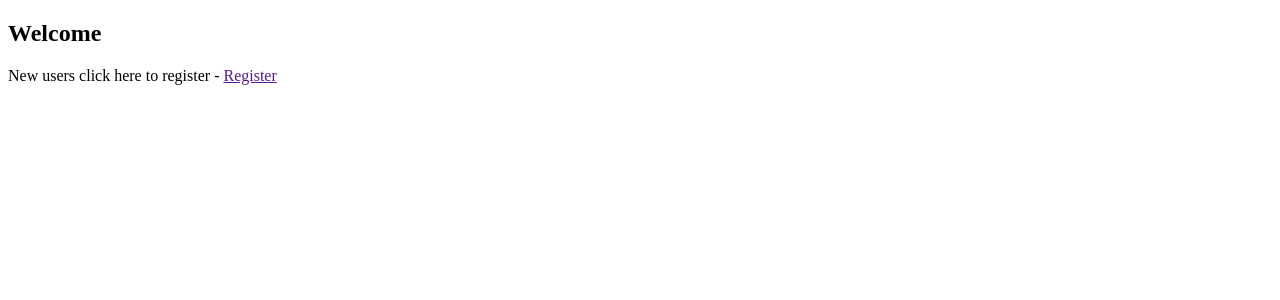
Repository: tanaya13693/EndToEndSpringJpa
Page: flightreservation/src/main/webapp/WEB-INF/index.html
The author's editor kept a copy of each file at every save. The page is drawn from the files as they stood at one save, then again after the next save.
The browser window is 1280 px wide. The pictures show the whole page.

Above is the page before, as saved 2018-09-02 20:40:42.

After the next save:
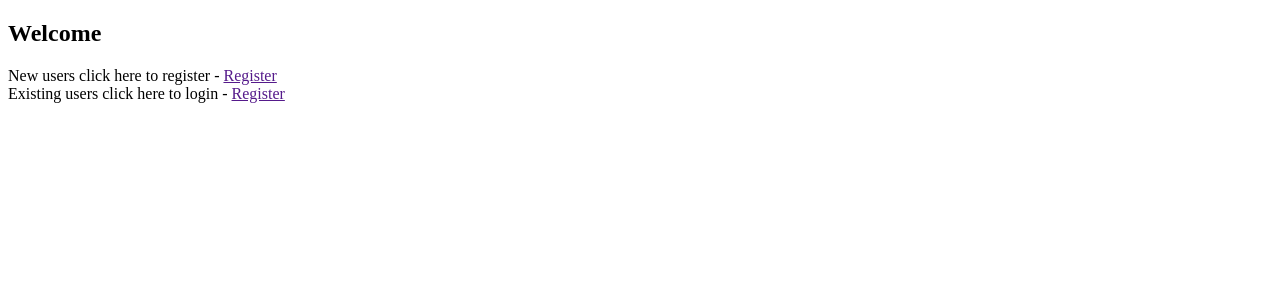
Saved 16 s later.
--- a/flightreservation/src/main/webapp/WEB-INF/index.html
+++ b/flightreservation/src/main/webapp/WEB-INF/index.html
@@ -8,6 +8,7 @@
 
 <h2> Welcome </h2>
 New users click here to register - <a href=""> Register </a> <br/>
+Existing users click here to login - <a href=""> Register </a> <br/>
 
 </body>
 </html>
